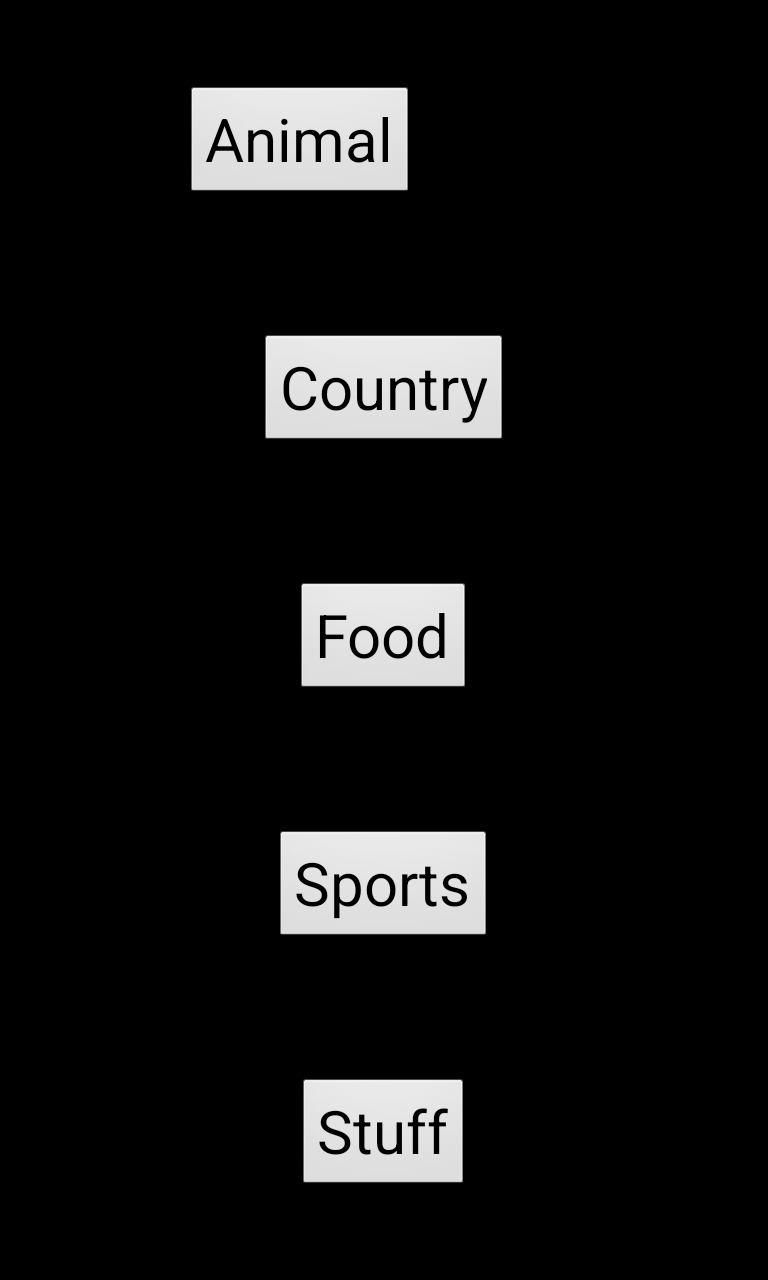
Repository: aster9725/HK-CityU-SummerExchange
Layout: Copy of WordQuiz/res/layout/activity_category.xml
These files come from the project's save history. The layout is drawn as it stood at one moment and after the next save; the edit follows.
It is drawn on a 768 x 1280 px phone screen (xhdpi) without system bars, with theme android:Theme; the app's code is not run.

Above is the layout before, as saved 2014-07-24 10:04:43.

After the next save:
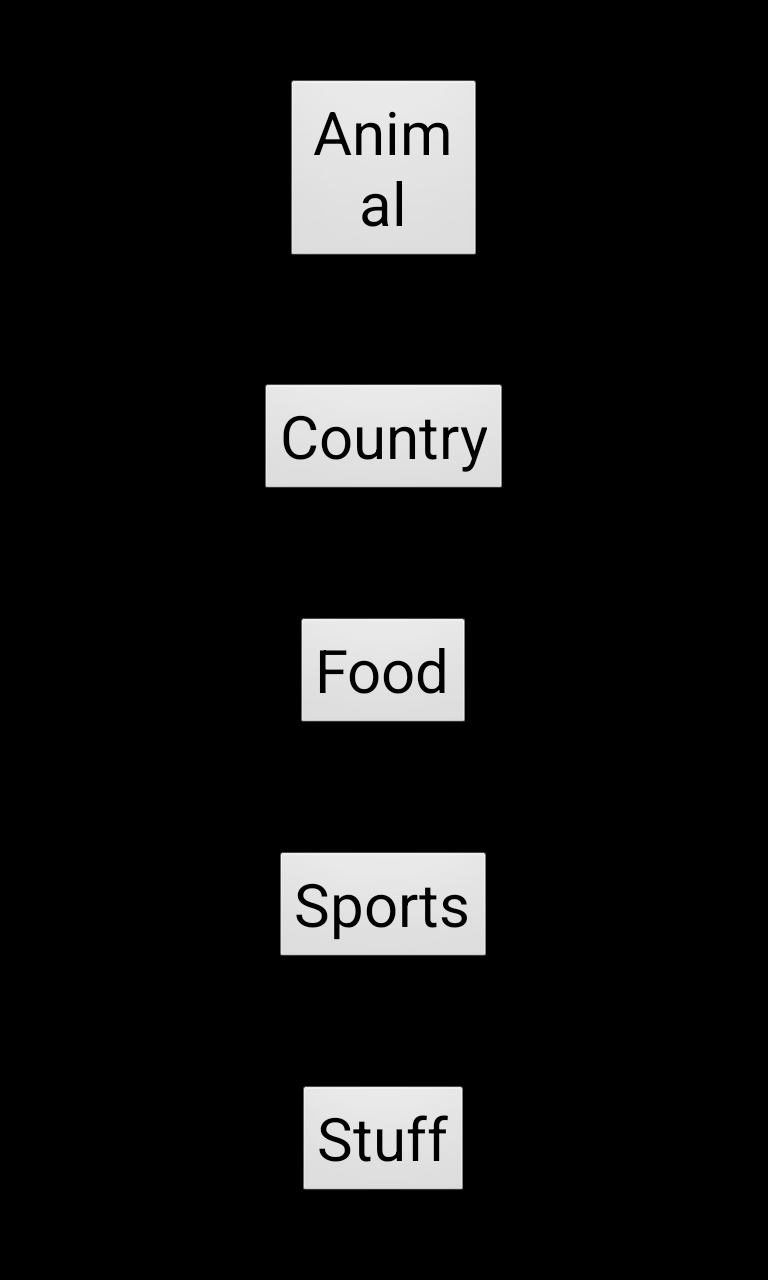
Saved 12 s later.
--- a/Copy of WordQuiz/res/layout/activity_category.xml
+++ b/Copy of WordQuiz/res/layout/activity_category.xml
@@ -7,7 +7,7 @@
     android:paddingBottom="10dp">
 
     <LinearLayout
-        android:layout_width="300sp"
+        android:layout_width="match_parent"
         android:layout_height="wrap_content"
         android:layout_weight="1"
         android:gravity="center_vertical|center_horizontal"
@@ -15,7 +15,7 @@
 
         <Button
             android:id="@+id/category_animal"
-            android:layout_width="wrap_content"
+            android:layout_width="100sp"
             android:layout_height="wrap_content"
             android:text="Animal"
             android:textSize="30sp" />
